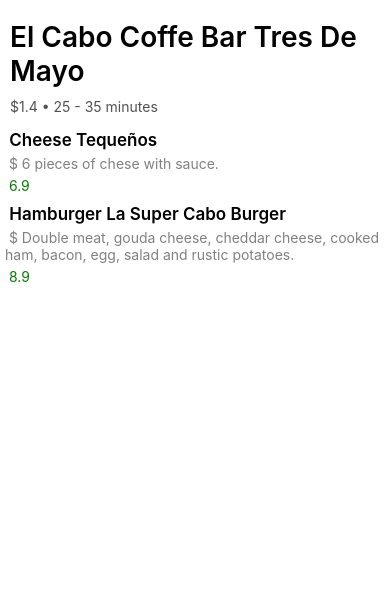
Repository: leroy-netizen/rn-uber-eats-client
Screen: /
An editor plug-in stored every save of this project. The screen is shown before and after a run of saves, followed by the edit.
The pictures show rows 234 to 844 of an output 844 px tall.
The app was drawn by React Native's web renderer in a window 390 px wide. The project was rebuilt for these pictures with package versions that can differ from the ones it lists, and the page was loaded fresh each time. Also part of the build but not shown: src/components/restaurantItem/RestaurantItem.jsx, src/screens/HomeScreen/index.js.

Above is the screen before, as saved 2023-01-16 16:41:40.

### App.js
import { StatusBar } from "expo-status-bar";
import { StyleSheet, Text, View, FlatList } from "react-native";
import HomeScreen from "./src/screens/HomeScreen/index.js";
import RestaurantDetails from "./src/screens/ResturantDetailsScreen/index.js";
export default function App() {
  return (
    <View style={styles.container}>
      {/* <HomeScreen /> */}
      <RestaurantDetails />
      <StatusBar style="light" />
    </View>
  );
}

const styles = StyleSheet.create({
  container: {
    flex: 1,
    backgroundColor: "#fff",
    alignItems: "center",
    justifyContent: "center",
    // padding: 10,
    // paddingVertical: 30,
  },
});

### src/screens/ResturantDetailsScreen/index.js
import { View, Text, Image, StyleSheet, FlatList } from "react-native";
import { Ionicons } from "@expo/vector-icons";
import restaurants from "../../../assets/data/restaurants.json";
import DishListItem from "../../components/DishListItem";
const restaurant = restaurants[0];
const RestaurantDetails = () => {
  return (
    <View style={styles.page}>
      <Image
        source={{ uri: restaurant.image }}
        style={styles.image}
        resizeMode="cover"
      />
      <View style={styles.iconContainer}>
        <Ionicons name="arrow-back-circle" size={35} color="white" />
      </View>
      <View style={styles.container}>
        <Text style={styles.title}>{restaurant.name}</Text>
        <Text style={styles.subtitle}>
          ${restaurant.deliveryFee} &#8226; {restaurant.minDeliveryTime} -{" "}
          {restaurant.maxDeliveryTime} minutes
        </Text>
          </View>
          <DishListItem dish={ restaurant.dishes[0]} />
          <DishListItem dish={ restaurant.dishes[1]} />
    </View>
  );
};

const styles = StyleSheet.create({
  page: {
    flex: 1,
  },
  image: {
    width: "100%",
    aspectRatio: 5 / 3,
  },
  iconContainer: {
    position: "absolute",
    top: 35,
    left: 15,
  },
  container: {
    margin: 10,
  },
  title: {
    fontWeight: "600",
    fontSize: 28,
    marginVertical: 10,
  },
  subtitle: {
    color: "#525252",
  },
});

export default RestaurantDetails;

### assets/data/restaurants.json
[
  {
    "id": "1",
    "name": "El Cabo Coffe Bar Tres De Mayo",
    "deliveryFee": 1.4,
    "minDeliveryTime": 25,
    "maxDeliveryTime": 35,
    "rating": 4.0,
    "image": "https://notjustdev-dummy.s3.us-east-2.amazonaws.com/uber-eats/restaurant1.jpeg",
    "dishes": [
      {
        "name": "Cheese Tequeños",
        "description": "6 pieces of chese with sauce.",
        "price": 6.9,
        "image": "https://notjustdev-dummy.s3.us-east-2.amazonaws.com/uber-eats/restaurant2.jpeg"
      },
      {
        "name": "Hamburger La Super Cabo Burger",
        "description": "Double meat, gouda cheese, cheddar cheese, cooked ham, bacon, egg, salad and rustic potatoes.",
        "price": 8.9,
        "image": "https://notjustdev-dummy.s3.us-east-2.amazonaws.com/uber-eats/restaurant3.jpeg"
      },
      {
        "name": "U.S.A. Burger",
        "description": "Beef, gouda cheese, cheddar cheese, cooked ham, bacon, egg and salad.",
        "price": 5.4
      },
      {
        "name": "Slices of Llanero Cheese",
        "description": "Ripe plantain with cheese and palm honey.",
        "price": 5.9
      },
      {
        "name": "Papas Locas El Cabo",
        "description": "French fries with shredded chicken, gouda cheese and ham.",
        "price": 7.9
      }
    ]
  },
  {
    "id": "2",
    "name": "Tony Roma's - C.C. Meridiano",
    "deliveryFee": 0.4,
    "minDeliveryTime": 25,
    "maxDeliveryTime": 35,
    "rating": 4.7,
    "image": "https://notjustdev-dummy.s3.us-east-2.amazonaws.com/uber-eats/restaurant2.jpeg",
    "dishes": [
      {
        "name": "Cajun Ribs",
        "description": "For lovers of a spicy touch. Ribs bathed in our Original sauce accompanied by Cajun spices. Served with French fries and coleslaw.",
        "price": 18.95
      },
      {
        "name": "The Original Baby Backs",
        "description": "The house specialty. Pork ribs cooked on the barbecue and marinated with our original barbecue sauce. Served with French fries and coleslaw.",
        "price": 19.95
      },
      {
        "name": "Carolina Honey",
        "description": "Our famous ribs marinated with our Carolina honey sauce, a mixture of honey with our original sauce. Ideal for those looking for a sweet touch. Served with French fries and coleslaw.",
        "price": 18.95,
        "image": "https://notjustdev-dummy.s3.us-east-2.amazonaws.com/uber-eats/restaurant2.jpeg"
      },
      {
        "name": "Onion Rings",
        "description": "Los tradicionales aros de cebolla de tony roma's dorados, crujientes y ligeros. Únicos en el mundo, acompañados de salsa BBQ.",
        "price": 6.95
      },
      {
        "name": "Nachos Tony Roma's",
        "description": "The best selling nachos! with our blend of melted cheeses, accompanied by guacamole, crispy bacon, ranch beans, and sour cream.",
        "price": 10.95
      }
    ]
  },
  {
    "id": "3",
    "name": "Brothers Barbecue",
    "deliveryFee": 1.4,
    "minDeliveryTime": 20,
    "maxDeliveryTime": 30,
    "rating": 4.3,
    "image": "https://notjustdev-dummy.s3.us-east-2.amazonaws.com/uber-eats/restaurant3.jpeg",
    "dishes": [
      {
        "name": "Burger Mustang",
        "description": "Homemade bread, burger sauce, lettuce, sweet and sour pickle, bacon, cheddar and BBQ sauce. Beef 180 grams.",
        "price": 5.9
      },
      {
        "name": "Alabama bread",
        "description": "Artisan bread, butter sauce, garlic, BBQ chicken and cheddar.",
        "price": 3.0
      },
      {
        "name": "New York Burger",
        "description": "Homemade bread, lettuce, burger sauce, 180 grams of beef, goat cheese and roasted apple.",
        "price": 5.9
      },
      {
        "name": "Mac & Cheese Burger",
        "description": "Homemade bread, lettuce, burger sauce, 180 grams of beef, mac and cheese, and American-style bacon.",
        "price": 5.9
      },
      {
        "name": "Nachos Brothers",
        "description": "Nachos, guacamole, cheddar sauce, beans, bacon, and cream cheese.",
        "price": 5.2
      }
    ]
  },
  {
    "id": "4",
    "name": "Hamburguesa Nostra La Salle",
    "deliveryFee": 0.9,
    "minDeliveryTime": 30,
    "maxDeliveryTime": 40,
    "rating": 4.5,
    "image": "https://notjustdev-dummy.s3.us-east-2.amazonaws.com/uber-eats/restaurant4.jpeg",
    "dishes": [
      {
        "name": "English burger",
        "description": "Beef with bacon, portobello mushrooms, tomato, cheddar cheese, grilled egg and our smoked sauce.",
        "price": 14.9
      },
      {
        "name": "Mexican Burger",
        "description": "Beef, with pico de gallo, veggie chili, cheddar cheese, guacamole and smoked sauce.",
        "price": 14.9
      },
      {
        "name": "Tequeños",
        "description": "Crispy sticks filled with melted cheese accompanied by tomato chutney.",
        "price": 9.9
      },
      {
        "name": "Starters Combo",
        "description": "Tequeños, crispy onion and chicken delicacies.",
        "price": 13.9
      },
      {
        "name": "Cesar Salad",
        "description": "Green sprouts, pieces of grilled bacon, chicken delicacies, grated Parmesan, muffin croutons and fried onion confetti dressed with Caesar sauce.",
        "price": 10.5
      }
    ]
  }
]

### src/components/DishListItem/index.js
import { View, Image, Text, FlatList, StyleSheet } from "react-native";

const DishListItem = ({ dish }) => {
  return (
    <View style={styles.container}>
      <Text style={styles.name}> {dish.name}</Text>
      <Text style={styles.description}> $ {dish.description}</Text>
      <Text style={styles.price}> {dish.price}</Text>
    </View>
  );
};

const styles = StyleSheet.create({
  container: {
        margin: 5,
      borderBottomColor: "lightgray",
  },
  name: {
    fontSize: 17,
    fontWeight: "600",
  },
  price: {
    color: "green",
  },
  description: {
      color: "gray",
      marginVertical: 5
  },
});
export default DishListItem;

After the next 4 saves:
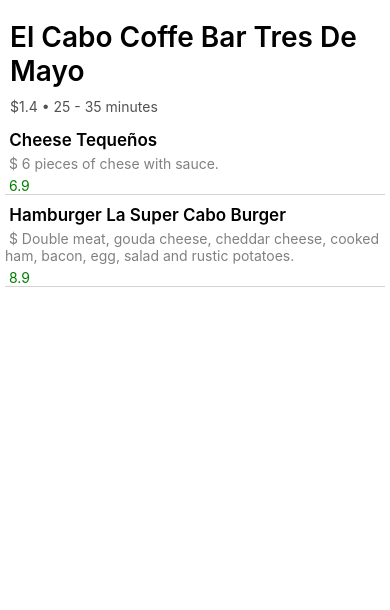
The 4 saves are shown as one change because 1 did not build or start and some came seconds apart.
The last was saved 19 s later.
--- a/src/components/DishListItem/index.js
+++ b/src/components/DishListItem/index.js
@@ -13,7 +13,8 @@
 const styles = StyleSheet.create({
   container: {
         margin: 5,
-      borderBottomColor: "lightgray",
+        borderBottomColor: "lightgray",
+      borderBottomWidth: 1,
   },
   name: {
     fontSize: 17,

After the 4 saves that followed:
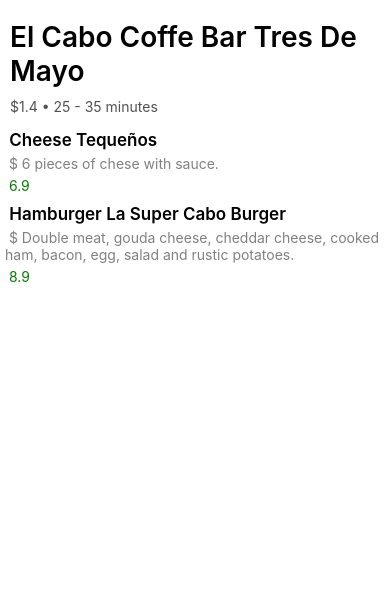
The 4 saves are shown as one change because they came seconds apart.
The last was saved 2 min 20 s later.
--- a/src/components/DishListItem/index.js
+++ b/src/components/DishListItem/index.js
@@ -14,8 +14,8 @@
   container: {
         margin: 5,
         borderBottomColor: "lightgray",
-      borderBottomWidth: 1,
-  },
+
+    },
   name: {
     fontSize: 17,
     fontWeight: "600",
